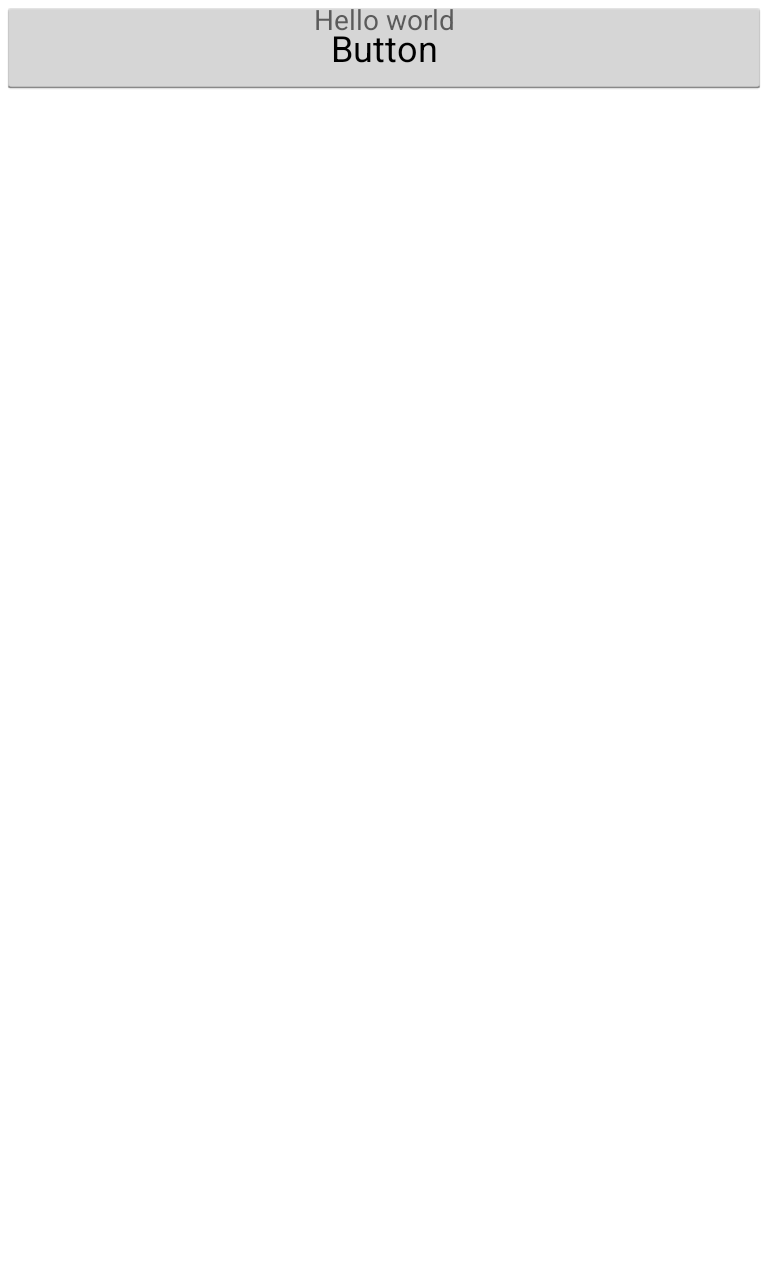
Repository: HantaoShu/android_learning
Layout: UIWidgetTest/res/layout/activity_main.xml
An editor plug-in stored every save of this project. The layout is shown before and after a run of saves, followed by the edit.
It is drawn on a 768 x 1280 px phone screen (xhdpi) without system bars, with theme AppTheme; the app's code is not run.

Above is the layout before, as saved 2016-02-12 07:21:41.

### UIWidgetTest/res/layout/activity_main.xml
<RelativeLayout xmlns:android="http://schemas.android.com/apk/res/android"
    xmlns:tools="http://schemas.android.com/tools"
    android:layout_width="match_parent"
    android:layout_height="match_parent"
    android:orientation = "vertical" >

    <TextView
        android:layout_width="match_parent"
        android:layout_height="wrap_content"
        android:gravity="center"
        android:text="Hello world" />

    <Button
        android:id="@+id/button"
        android:layout_width="match_parent"
        android:layout_height="wrap_content"
        android:text= "Button"	/>
</RelativeLayout>

Loaded but not shown: UIWidgetTest/res/values/styles.xml (common file); UIWidgetTest/res/values-v11/styles.xml (common file); UIWidgetTest/res/values-v14/styles.xml (common file)

After the next 2 saves:
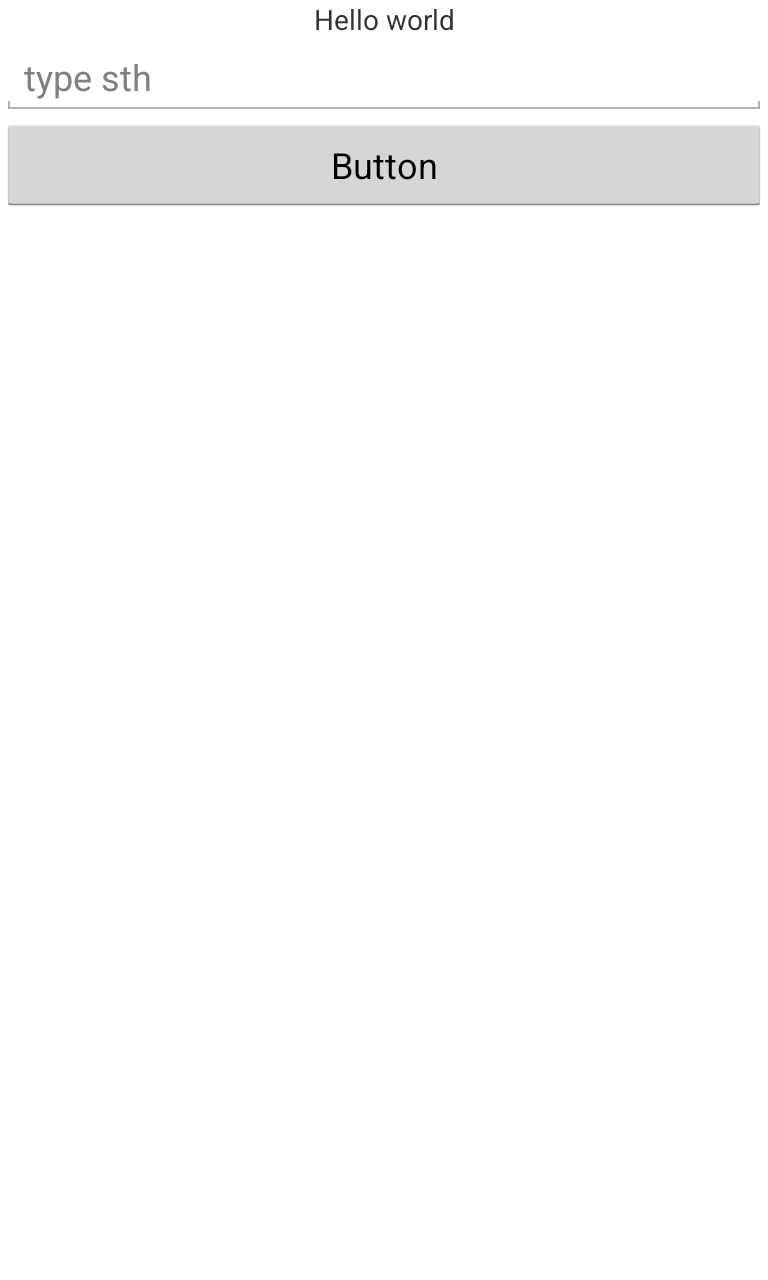
The 2 saves are shown as one change because 1 did not build or start.
The last was saved 7 min 48 s later.
--- a/UIWidgetTest/res/layout/activity_main.xml
+++ b/UIWidgetTest/res/layout/activity_main.xml
@@ -2,17 +2,31 @@
     xmlns:tools="http://schemas.android.com/tools"
     android:layout_width="match_parent"
     android:layout_height="match_parent"
-    android:orientation = "vertical" >
+    android:orientation="vertical" >
 
     <TextView
+        android:id="@+id/textView1"
         android:layout_width="match_parent"
         android:layout_height="wrap_content"
         android:gravity="center"
         android:text="Hello world" />
 
+    <EditText
+        android:id="@+id/edit_text"
+        android:layout_width="match_parent"
+        android:layout_height="wrap_content"
+        android:layout_alignParentLeft="true"
+        android:layout_below="@+id/textView1"
+        android:hint="type sth" >
+    </EditText>
+
     <Button
         android:id="@+id/button"
         android:layout_width="match_parent"
         android:layout_height="wrap_content"
-        android:text= "Button"	/>
+        android:layout_alignParentLeft="true"
+        android:layout_below="@+id/edit_text"
+        android:hint="type sth"
+        android:text="Button" />
+
 </RelativeLayout>
